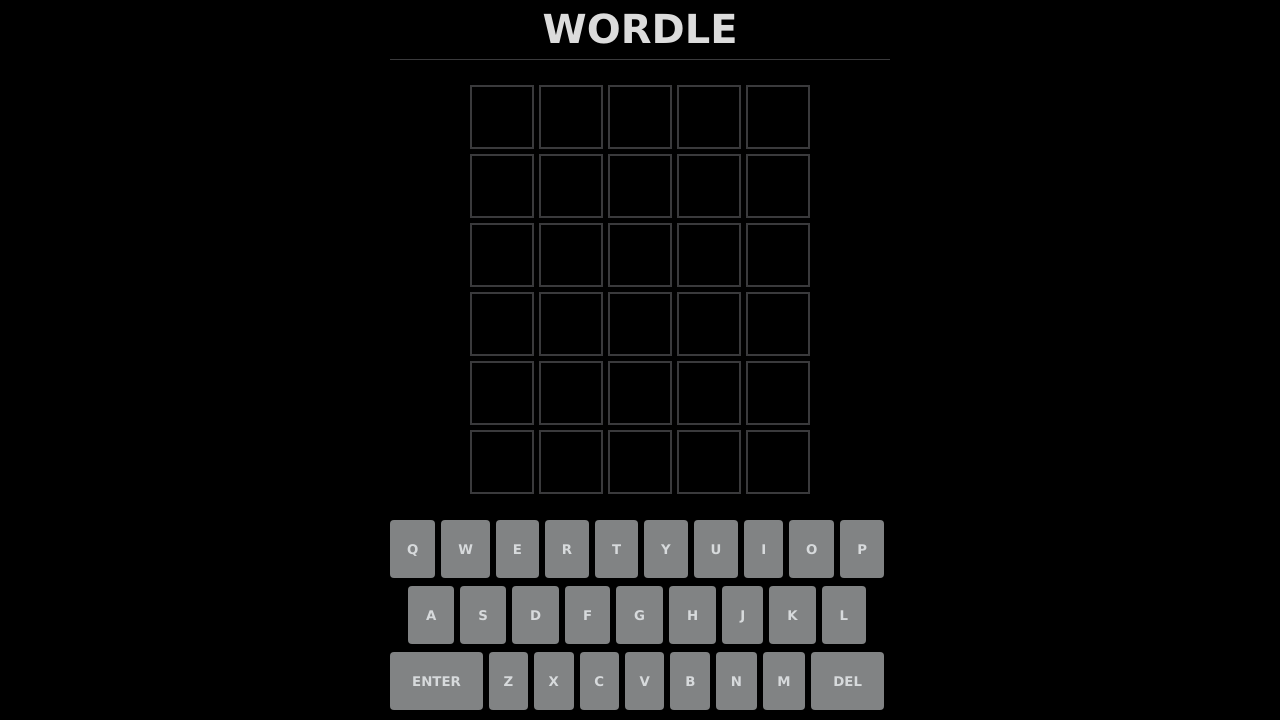
Repository: devkthines/wordle-clone
Page: index.html
The author's editor kept a copy of each file at every save. The page is drawn from the files as they stood at one save, then again after the next save.
The browser window is 1280 px wide. The pictures show the whole page.

Above is the page before, as saved 2023-11-10 13:50:27.

After the next save:
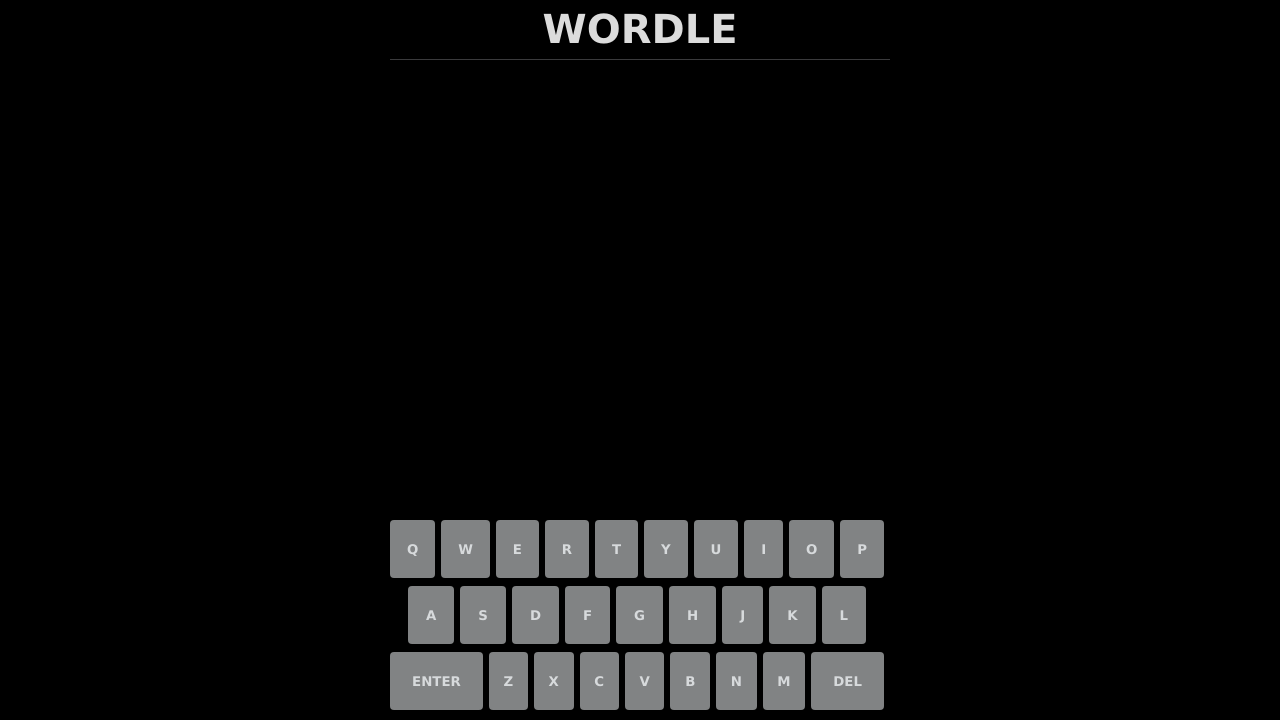
Console error: SyntaxError: Unexpected token ';'
Saved 4 s later.
--- a/js/main.js
+++ b/js/main.js
@@ -3,7 +3,7 @@
     const keys = document.querySelectorAll('keyboard-row button')
 
     for (let i = 0; i < keys.length; i++) {
-        keys[i].onclick= array[index];
+        keys[i].onclick= ;
 
     }
     function createSquares(){

After the save that followed:
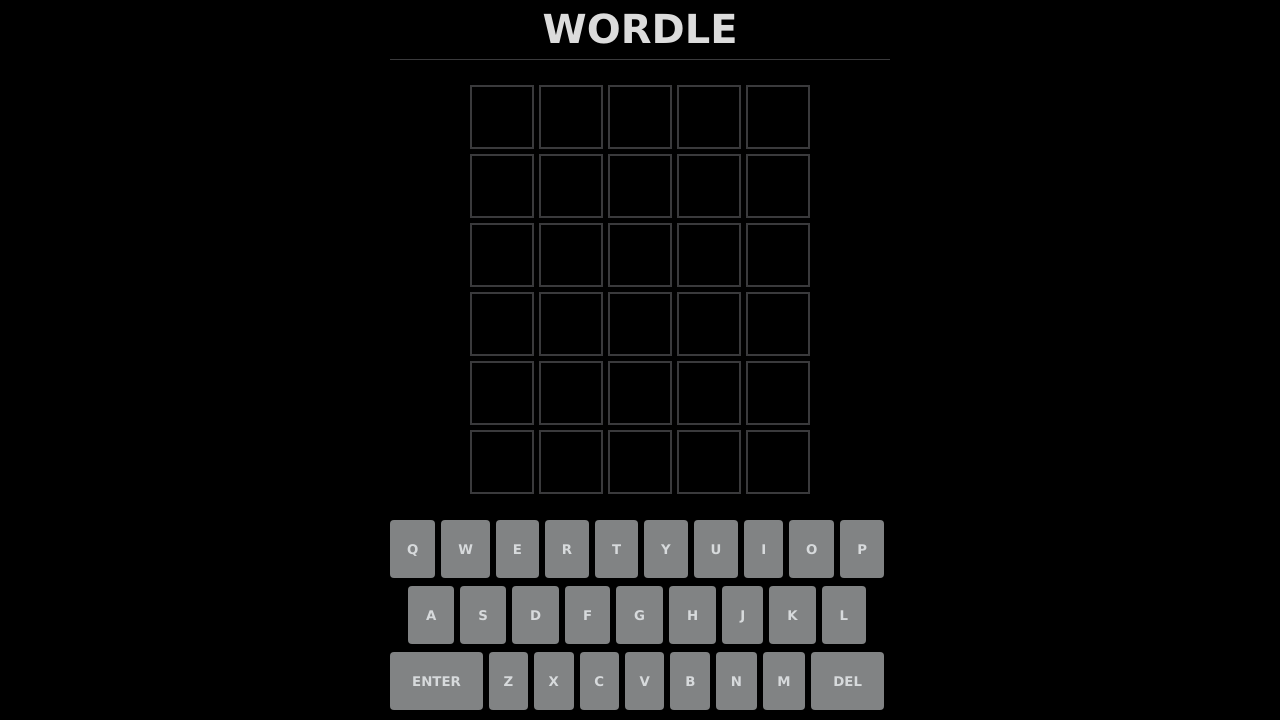
The error is gone.
Saved 4 s later.
--- a/js/main.js
+++ b/js/main.js
@@ -3,7 +3,7 @@
     const keys = document.querySelectorAll('keyboard-row button')
 
     for (let i = 0; i < keys.length; i++) {
-        keys[i].onclick= ;
+        keys[i].onclick= target.get;
 
     }
     function createSquares(){
